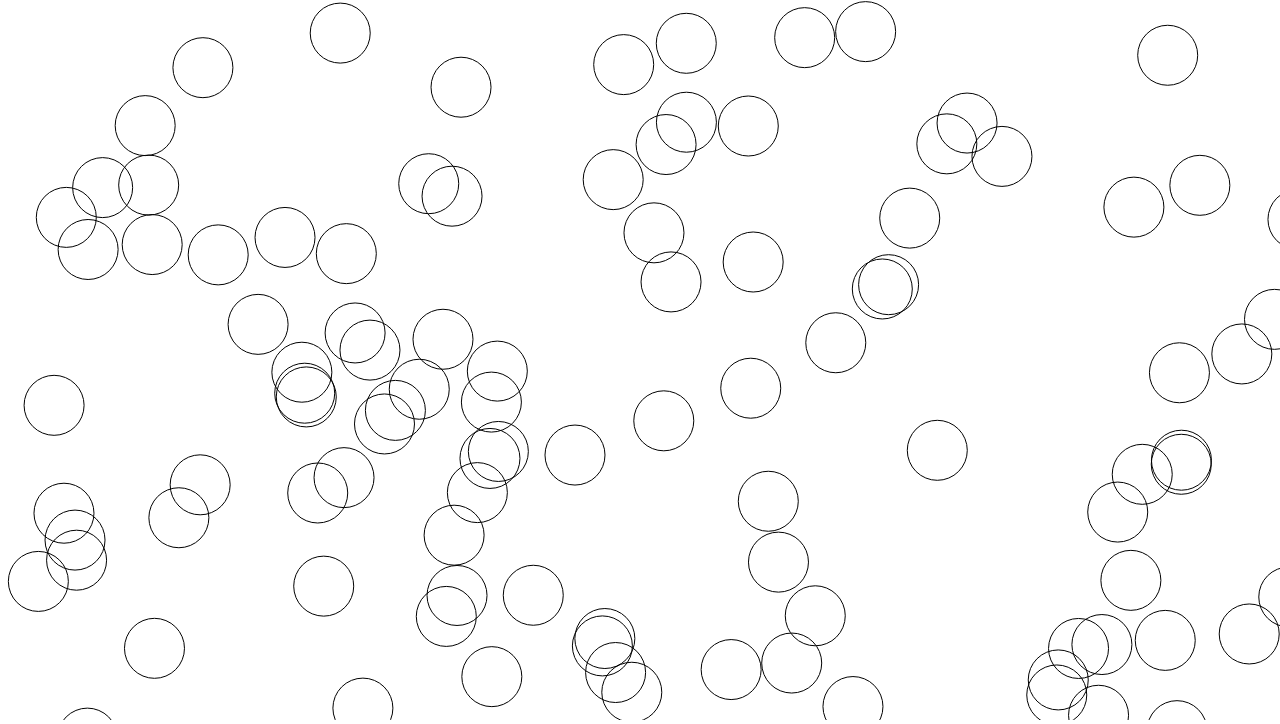
Repository: MikeTroianello/canvas-testing
Page: index.html
An editor plug-in stored every save of this project. The page is shown before and after the next save, followed by the edit.
The browser window is 1280 px wide. The pictures show the whole page.

Above is the page before, as saved 2019-06-05 14:14:16.

### index.html
<!DOCTYPE html>
<html lang="en">
  <head>
    <meta charset="UTF-8" />
    <meta name="viewport" content="width=device-width, initial-scale=1.0" />
    <meta http-equiv="X-UA-Compatible" content="ie=edge" />
    <link rel="stylesheet" type="text/css" href="style.css" />
    <title>Canvas</title>
  </head>
  <body>
    <canvas></canvas>
    <script src="canvas.js"></script>
  </body>
</html>

### style.css
body {
  margin: 0;
}

/* canvas {
  border: 1px solid black;
} */

### canvas.js
var canvas = document.querySelector('canvas');
console.log(canvas);

canvas.width = window.innerWidth;
canvas.height = window.innerHeight;

var ctx = canvas.getContext('2d');

// for (let i = 0; i < canvas.width; i++) {
//   ctx.fillStyle = `rgba(${i}, ${i}, ${i * 30}, 1)`;
//   ctx.fillRect(i * 100, i * 100, 100, 100);
// }

//Line

// ctx.beginPath();
// ctx.moveTo(50, 300);
// ctx.lineTo(300, 100);
// ctx.lineTo(400, 300);
// ctx.strokeStyle = 'blue';
// ctx.stroke();

//arc
// ctx.beginPath();
// ctx.arc(300, 300, 30, 0, Math.PI * 2, false);
// ctx.strokeStyle = 'red';
// ctx.stroke();

// for (let i = 0; i < 1009; i++) {
//   var x = Math.random() * window.innerWidth;
//   var y = Math.random() * window.innerHeight;
//   var r = Math.floor(Math.random() * 255);
//   ctx.beginPath();
//   ctx.arc(x, y, 30, 0, Math.PI * 2, false);
//   ctx.strokeStyle = `rgba(${Math.floor(Math.random() * 255)},${Math.floor(
//     Math.random() * 255
//   )},${Math.floor(Math.random() * 255)}, ${Math.random()}`;
//   ctx.stroke();
// }

//MOVING CIRCLE

class Circle {
  constructor(x, y, dx, dy, radius) {
    this.x = x;
    this.y = y;
    this.dx = dx;
    this.dy = dy;
    this.radius = radius;
    this.draw = function() {
      ctx.beginPath();
      ctx.arc(this.x, this.y, this.radius, 0, Math.PI * 2, false);
      ctx.strokeStyle = 'black';
      ctx.stroke();
    };
    this.update = function() {
      if (this.x + radius >= innerWidth || this.x - radius <= 0) {
        this.dx = -this.dx;
      }
      if (this.y + radius >= innerHeight || this.y - radius <= 0) {
        this.dy = -this.dy;
      }
      this.x += this.dx;
      this.y += this.dy;

      this.draw();
    };
  }
}

var circleArray = [];

for (let i = 0; i < 100; i++) {
  let r = 30;
  let x = Math.random() * innerWidth + r;
  let y = Math.random() * innerHeight + r;
  let dx = (Math.random() - 0.5) * 5;
  let dy = (Math.random() - 0.5) * 5;
  circleArray.push(new Circle(x, y, dx, dy, r));
}

console.log(circleArray);

function animate() {
  requestAnimationFrame(animate);
  ctx.clearRect(0, 0, innerWidth, innerHeight);

  for (let i = 0; i < circleArray.length; i++) {
    circleArray[i].update();
  }
}

animate();

After the next save:
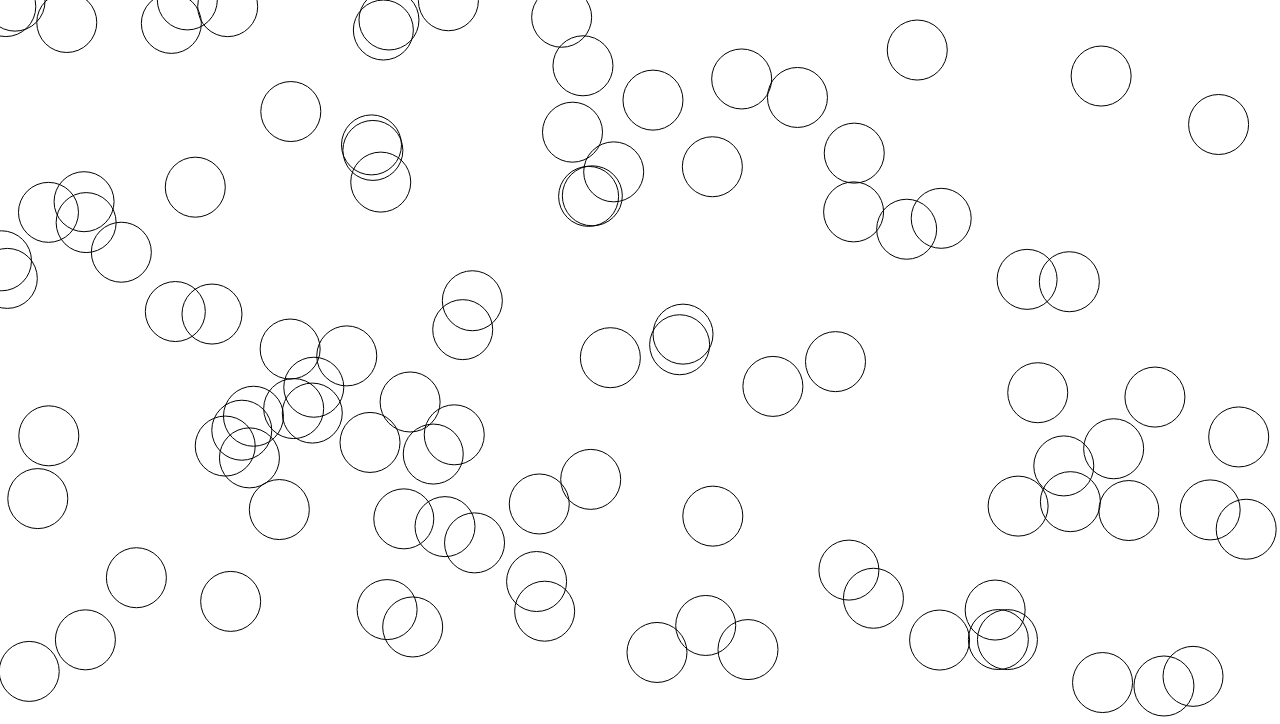
Saved 58 s later.
--- a/canvas.js
+++ b/canvas.js
@@ -72,8 +72,8 @@ var circleArray = [];
 
 for (let i = 0; i < 100; i++) {
   let r = 30;
-  let x = Math.random() * innerWidth + r;
-  let y = Math.random() * innerHeight + r;
+  let x = Math.random() * (innerWidth - r * 2);
+  let y = Math.random() * (innerHeight - r * 2);
   let dx = (Math.random() - 0.5) * 5;
   let dy = (Math.random() - 0.5) * 5;
   circleArray.push(new Circle(x, y, dx, dy, r));
